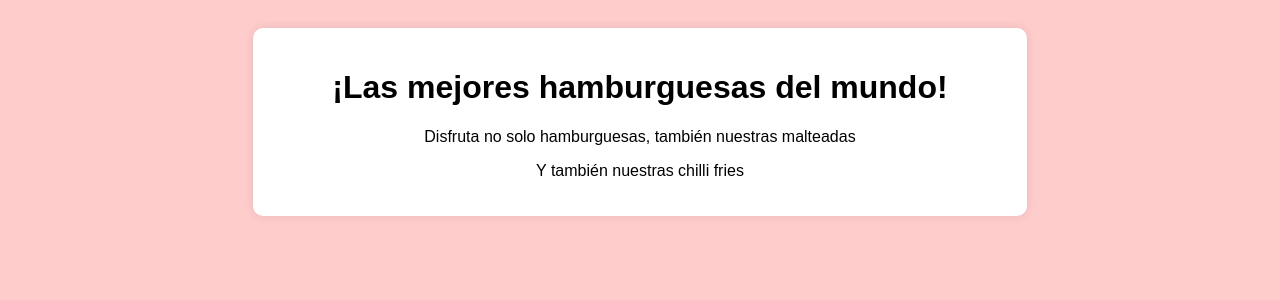
Repository: Andres250602/auth.django
Page: http://localhost/
These files come from the project's save history. The page is drawn as it stood at one moment and after the next save; the edit follows.
The browser window is 1280 px wide. The pictures show the whole page.
The page is served by the project's application, run on Django 5.2 (manage.py).

Above is the page before, as saved 2024-04-05 12:07:51.

After the next save:
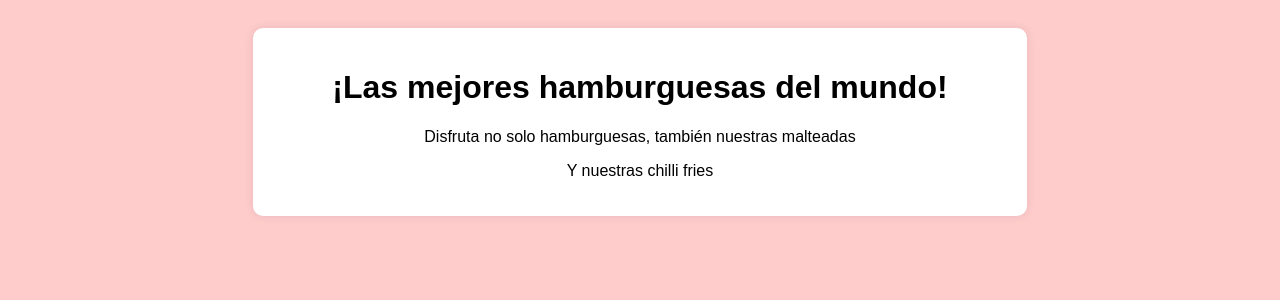
Saved 7 min 17 s later.
--- a/myapp/views.py
+++ b/myapp/views.py
@@ -33,7 +33,7 @@ def hello(request):
         <div class="content">
             <h1>¡Las mejores hamburguesas del mundo!</h1>
             <p>Disfruta no solo hamburguesas, también nuestras malteadas</p>
-            <p>Y también nuestras chilli fries</p>
+            <p>Y nuestras chilli fries</p>
         </div>
     </body>
     </html>
